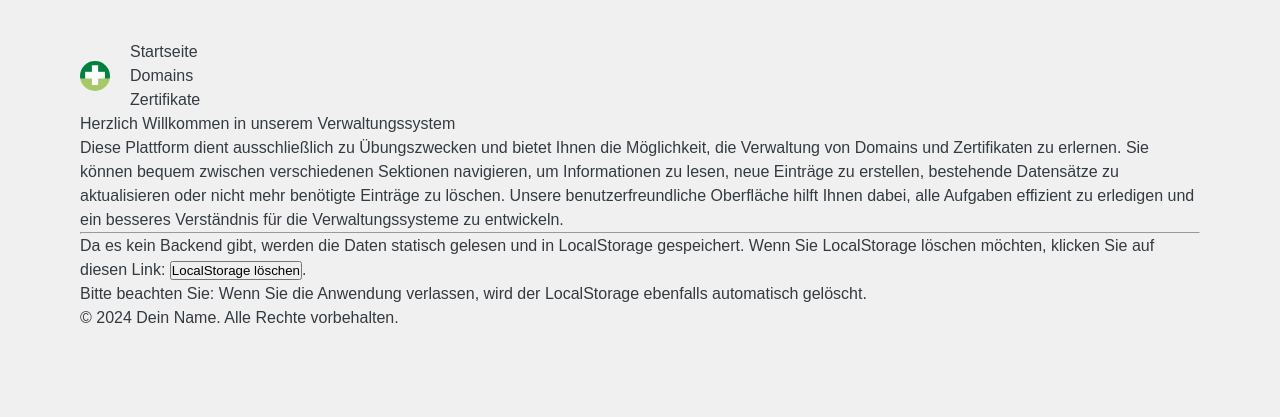
Repository: bajricadmir/verwaltungssystem-vanilla-html-css
Page: index.html
The author's editor kept a copy of each file at every save. The page is drawn from the files as they stood at one save, then again after the next save.
The browser window is 1280 px wide. The pictures show the whole page.

Above is the page before, as saved 2024-10-14 10:52:31.

After the next save:
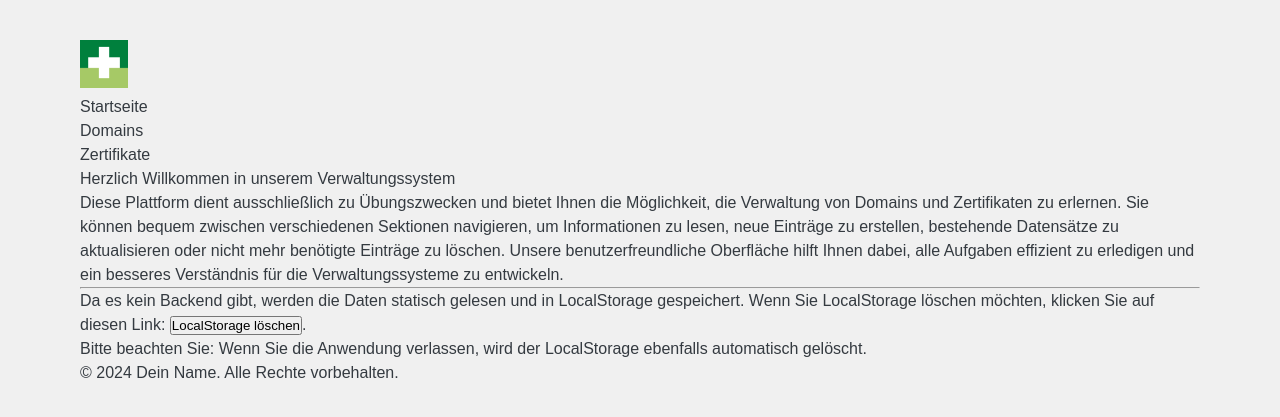
Saved 61 s later.
--- a/style.css
+++ b/style.css
@@ -68,12 +68,12 @@
   flex-direction: row;
 } */
 
-.nav {
+.navigation {
   display: flex;
   align-items: center;
 }
 
-.nav img {
+.navigation img {
   width: 30px;
   height: 30px;
   border-radius: 15px;

After the 2 saves that followed:
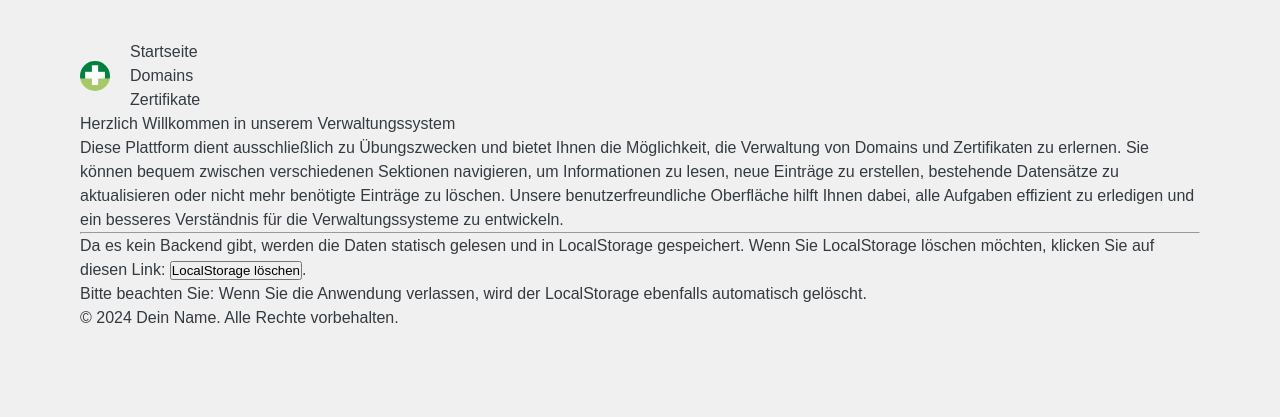
The 2 saves are shown as one change because 1 left the picture as it was.
The last was saved 29 s later.
--- a/index.html
+++ b/index.html
@@ -13,9 +13,9 @@
   </head>
   <body>
     <header class="header">
-      <nav class="nav">
-        <img src="./assets/images/favicon.ico" alt="" />
-        <ul>
+      <nav class="navigation">
+        <img src="./assets/images/favicon.ico" alt="Logo" class="logo" />
+        <ul class="nav">
           <li><a href="#home">Startseite</a></li>
           <li><a href="#about">Domains</a></li>
           <li><a href="#contact">Zertifikate</a></li>
--- a/style.css
+++ b/style.css
@@ -73,7 +73,7 @@
   align-items: center;
 }
 
-.navigation img {
+.logo {
   width: 30px;
   height: 30px;
   border-radius: 15px;
